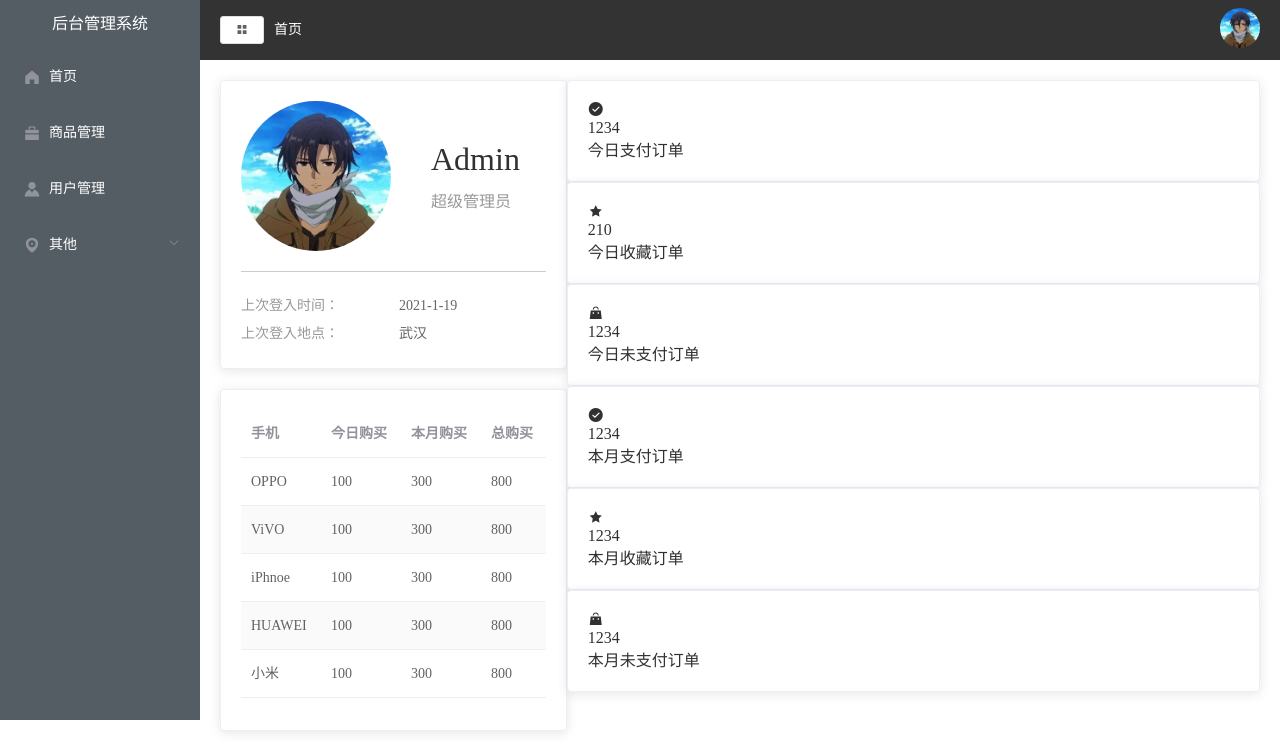
Repository: ldqml/ldqml.github.io
Page: /
These files come from the project's save history. The page is drawn as it stood at one moment and after the next save; the edit follows.
The browser window is 1280 px wide. The pictures show the whole page.
The project was rebuilt for these pictures with package versions that can differ from the ones it lists, and the page was loaded fresh each time. Also part of the build but not shown: vue.config.js, src/views/User.vue, src/views/Mall.vue, src/views/PageOne.vue, src/views/PageTwo.vue.

Above is the page before, as saved 2022-11-01 19:48:27.

After the next save:
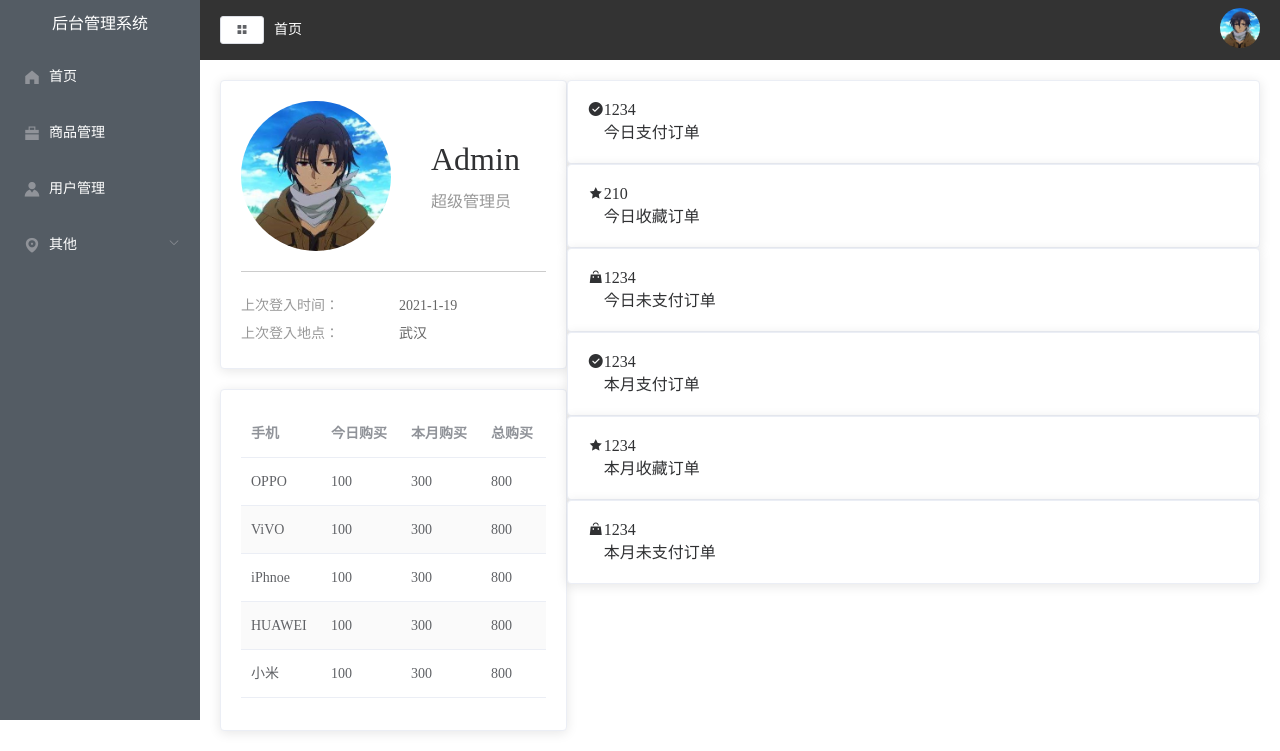
Saved 113 s later.
--- a/src/views/Home.vue
+++ b/src/views/Home.vue
@@ -25,7 +25,7 @@
       </el-col>
       <el-col :span="16">
         <div class="num">
-            <el-card v-for="item in countDate" :key="item.name">
+            <el-card v-for="item in countDate" :key="item.name" :body-style="{ display:'flex' }">
                 <i class="icon" :class="`el-icon-${item.icon}`"></i>
                 <div>
                     <p>{{item.value}}</p>
